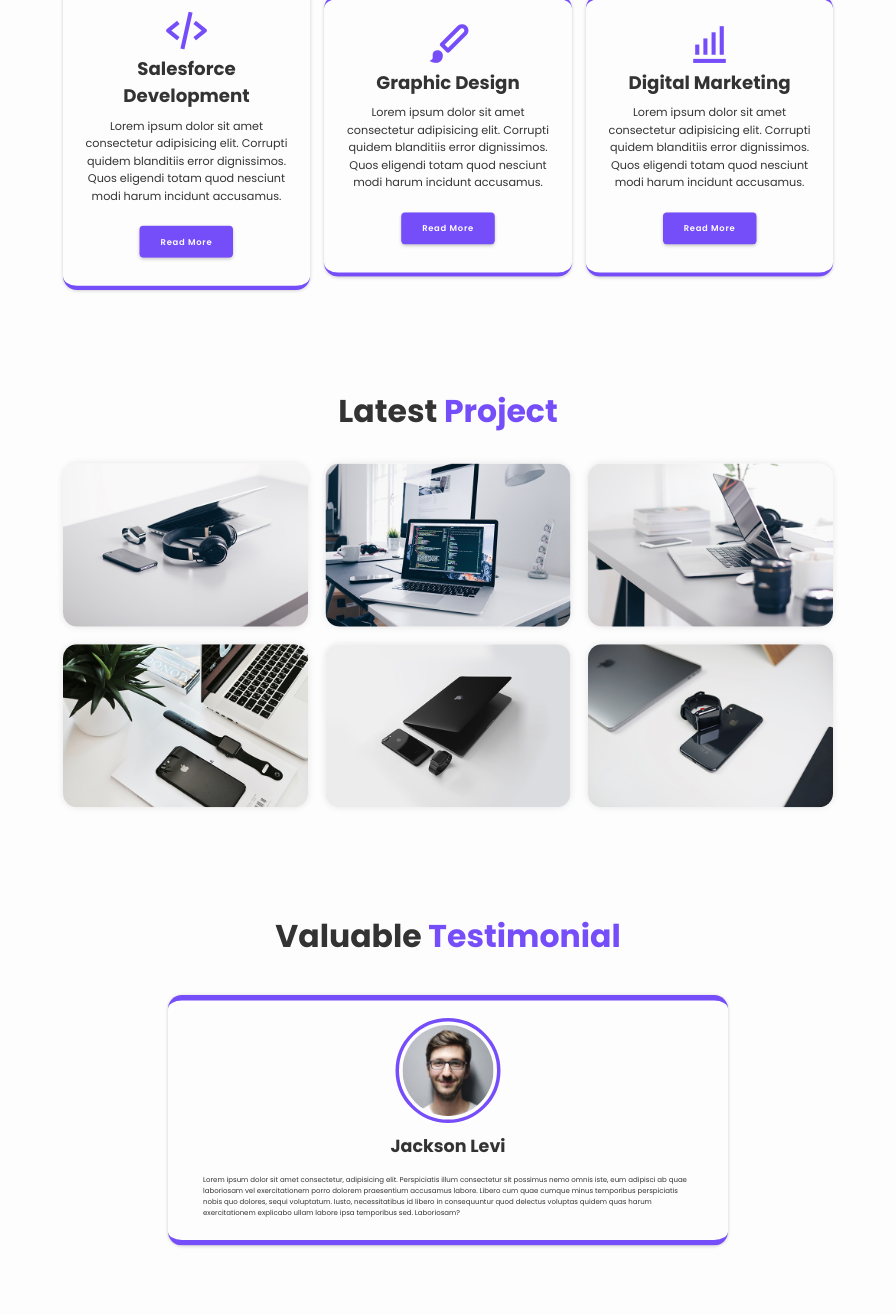
Repository: Gabi-Augusto/Portfolio
Page: index.html
An editor plug-in stored every save of this project. The page is shown before and after the next save, followed by the edit.
The browser window is 1280 px wide. The pictures show the part of the page from y = 1656 to 3576 px (the page is 3535 px tall before and 3576 px after), at 70% of full size.

Above is the page before, as saved 2023-11-29 19:53:15.

After the next save:
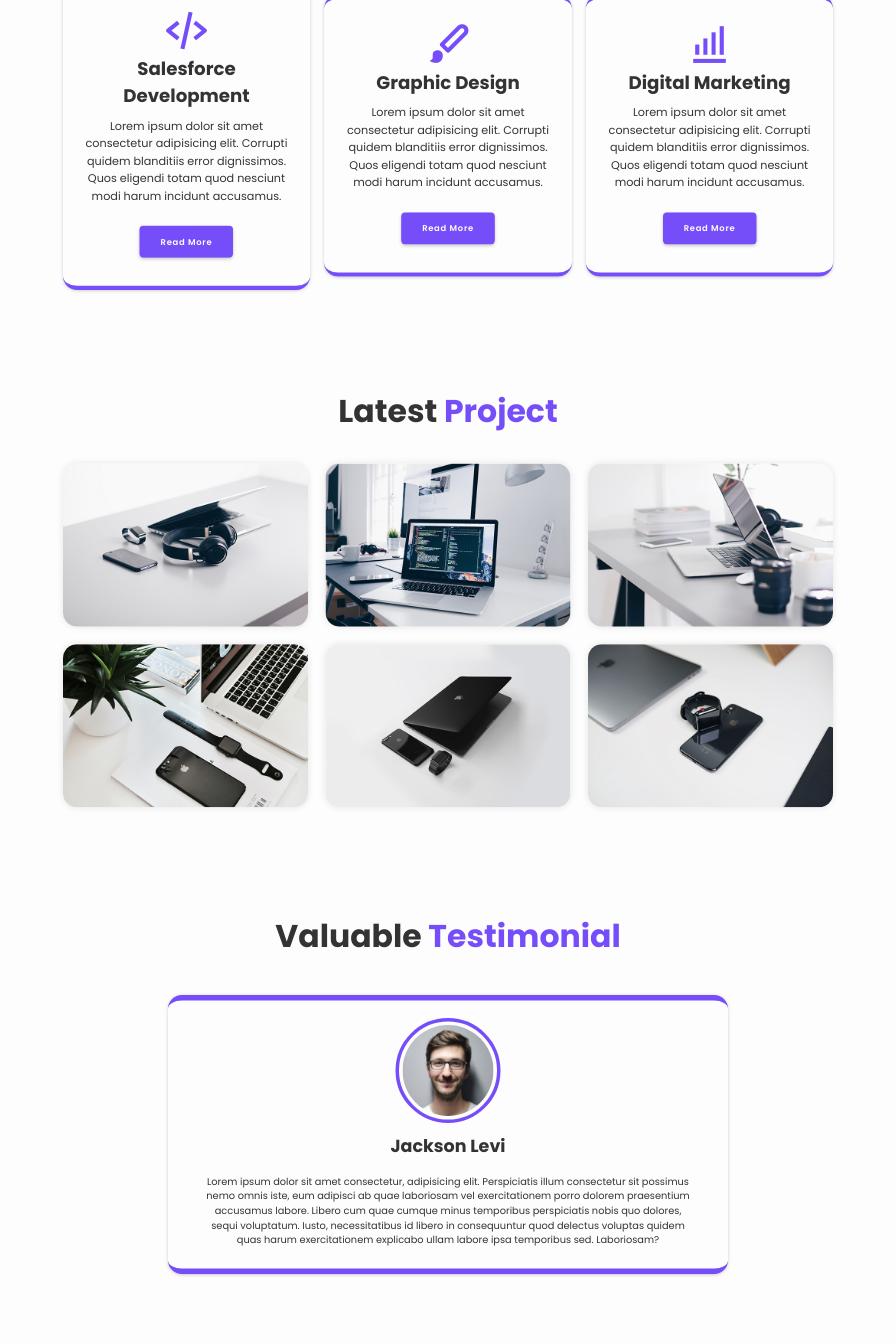
Saved 109 s later.
--- a/css/style.css
+++ b/css/style.css
@@ -456,3 +456,8 @@ span {
     font-size: 2.5rem;
     margin: 2rem 0;
 }
+
+.testimonial-slide p {
+    font-size: 1.4rem;
+    text-align: center;
+}
